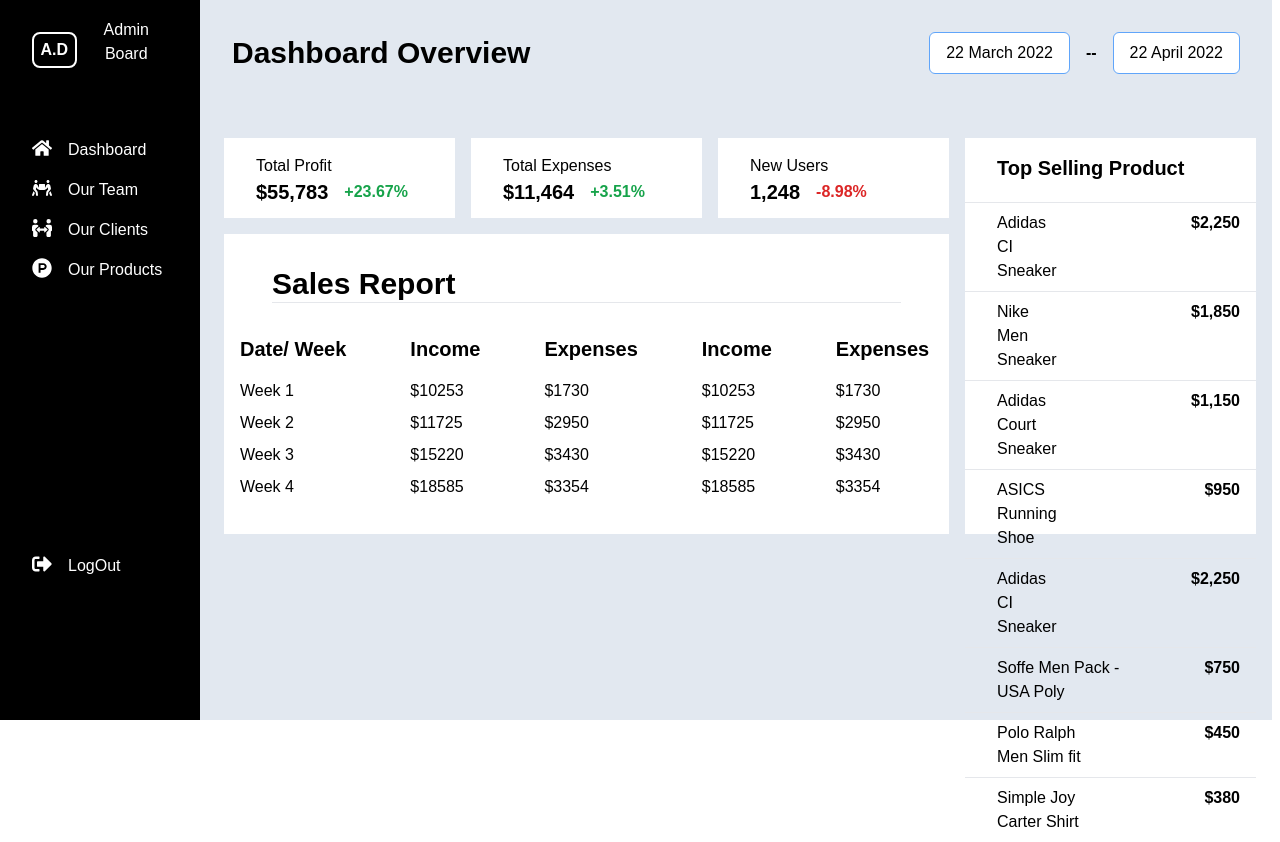
Repository: AngusOnyebuchi/Dashboard
Page: /dashboard
These files come from the project's save history. The page is drawn as it stood at one moment and after the next save; the edit follows.
The browser window is 1280 px wide. The pictures show the whole page.
The page's requests for data from a server got no answer. The project was rebuilt for these pictures with package versions that can differ from the ones it lists, and the page was loaded fresh each time. No one was signed in, and anything a server would have sent is missing. Also part of the build but not shown: src/components/Login.js, src/components/Register.js, src/components/Team.js, src/components/Clients.js, src/components/Products.js.

Above is the page before, as saved 2022-05-26 15:39:32.

### src/index.js
import React from "react";
import ReactDOM from "react-dom";
import { BrowserRouter} from "react-router-dom"
import "./style.css"
import App from "./App";

ReactDOM.render(
            <BrowserRouter>
            <App/>
            </BrowserRouter>, document.getElementById("root"))

### src/style.css
@tailwind base;
@tailwind components;
@tailwind utilities;

@layer base {
    body{
        background-color: white;
        @apply font-[Sans-serif];
    }
    li {
        @apply px-4;
        @apply cursor-pointer;
    }
}

.content-div {
    background-repeat: no-repeat;
    background-size: cover;
    background-position: center;
    height: 150px;
}

.content-div:hover {
    background-image: linear-gradient(
        to right,
        rgba(112, 157, 255, 0.8),
        hsla(242, 74%, 61%, 0.8)
    )!important;
}

### src/App.js
import React, {useState, useEffect} from 'react'
import Home from './components/Home'
import Layout from './components/Layout'
import Login from './components/Login'
import Register from './components/Register'
import Team from './components/Team'
import Clients from './components/Clients'
import Products from './components/Products'
import { Routes, Route } from "react-router-dom"

const teamsUrl = 'https://fakerapi.it/api/v1/persons?_quantity=12'
const clientsUrl = 'https://fakerapi.it/api/v1/companies?_quantity=12'
const productsUrl = 'https://fakerapi.it/api/v1/products?_quantity=12'


export default function App() {

  const [teams, setTeams] = useState([])
  const [clients, setClients] = useState([])
  const [products, setProducts] = useState([])

  const getTeam = () => {
    fetch(teamsUrl)
    .then(response => response.json())
    .then(data => {
      console.log(data.data)
      setTeams(data.data)
    })
  }

  const getClient = () => {
    fetch(clientsUrl)
    .then(response => response.json())
    .then(data => {
      console.log(data.data)
      setClients(data.data)
    })
  }

  const getProduct = () => {
    fetch(productsUrl)
    .then(response => response.json())
    .then(data => {
      console.log(data.data)
      setProducts(data.data)
    })
  }

  useEffect(()=> {
      getTeam()
  }, [])

  useEffect(()=> {
    getClient()
}, [])

useEffect(()=> {
  getProduct()
}, [])

  const teamsElement = teams && teams.length && teams.map(team => {
    return (
      <Team
              key= {team.id}
              firstname= {team.firstname}
              lastname= {team.lastname}
              email= {team.email}
              phone= {team.phone}
              gender= {team.gender}
              image= {team.image}
              />
    )
  })

  const clientsElement = clients && clients.length && clients.map(client => {
    return (
      <Clients
              key= {client.id}
              fullname= {client.name}
              email= {client.email}
              phone= {client.phone}
              gender= {client.gender}
              image= {client.image}
              />
    )
  })

  const productsElement = products && products.length && products.map(product => {
    return (
      <Products
              key= {product.id}
              name= {product.name}
              image= {product.image}
              netPrice= {product.net_price}
              taxes= {product.taxes}
              price= {product.price}
              />
    )
  })

  return (
    <div>

      <Routes>
          <Route path='/' element={<Login/>}/>

          <Route path='/dashboard' element={
          <Layout>
          <Home/>
          </Layout>
          }/>

          <Route path='/register' element={<Register/>}/>

          <Route path='/team' element={
            <Layout>
            <div className='px-8'>
              <div className='text-center p-8 text-black'>
                <h1 className='text-3xl inline border-b-4 border-pink-600'>Team Members</h1>
              </div>
              <div className='grid grid-cols-3 pb-12'>
              {teamsElement}
              </div>
            </div>
            </Layout>
          }/>

          <Route path='/clients' element={
            <Layout>
            <div className='px-8'>
            <div className='text-center p-8 text-black'>
              <h1 className='text-3xl inline border-b-4 border-pink-600'>Our Clients</h1>
            </div>
            <div className='grid grid-cols-3 pb-12'>
            {clientsElement}
            </div>
          </div>
          </Layout>
          }/>

          <Route path='/products' element={
            <Layout>
            <div className='px-8'>
            <div className='text-center p-8 text-black'>
              <h1 className='text-3xl inline border-b-4 border-pink-600'>Our Products</h1>
            </div>
            <div className='grid grid-cols-3 pb-12'>
            {productsElement}
            </div>
          </div>
          </Layout>
          }/>

      </Routes>
    </div>
  )
}

### src/components/Home.js
import React from 'react'

export default function Home() {
  return (
    <div name="dashboard" className='p-4 mx-2 h-screen bg-slate-200'>

          {/** The first part after the nav */}
      <div className='flex justify-between p-4 items-center'>
        <h1 className='font-bold text-3xl ml-48'>Dashboard Overview</h1>

        <div className='flex items-center gap-4'>
          <div className='px-4 py-2 bg-white border-[1px] rounded-md border-blue-400'>
            <p>22 March 2022</p>
            <img alt=''/>
          </div>

          <p><strong>--</strong></p>

          <div className='px-4 py-2 bg-white border-[1px] rounded-md border-blue-400'>
            <p>22 April 2022</p>
            <img alt=''/>
          </div>
        </div>

      </div>


        {/** The second part after the nav */}
        <div className='flex gap-4 mt-12'>

          <div className='ml-[200px]'>
          <div className='flex items-center gap-4'>

            <div className='h-[80px] w-[231px] bg-white py-4 px-8'>
              <p>Total Profit</p>
              <div className='flex items-center gap-4 font-bold'>
                <p className='text-xl'>$55,783</p>
                <p className='text-green-600'>+23.67%</p>
              </div>
            </div>

            <div className='h-[80px] w-[231px] bg-white py-4 px-8'>
              <p>Total Expenses</p>
              <div className='flex items-center gap-4 font-bold'>
                <p className='text-xl'>$11,464</p>
                <p className='text-green-600'>+3.51%</p>
              </div>
            </div>

            <div className='h-[80px] w-[231px] bg-white py-4 px-8'>
              <p>New Users</p>
              <div className='flex items-center gap-4 font-bold'>
                <p className='text-xl'>1,248</p>
                <p className='text-red-600'>-8.98%</p>
              </div>
            </div>

          </div>

          <div className='h-[300px] w-[725px] bg-white mt-4'>

            <div className='text-3xl px-12 py-8'>
              <p className='font-bold'>Sales Report</p>
              <hr/>
            </div>

            <div className='flex items-center px-4 gap-16'>
              <div>
                <p className='text-xl font-bold mb-4'>Date/ Week</p>
                <p className='mb-2'>Week 1</p>
                <p className='mb-2'>Week 2</p>
                <p className='mb-2'>Week 3</p>
                <p className='mb-2'>Week 4</p>
              </div>
              <div>
                <p className='text-xl font-bold mb-4'>Income</p>
                <p className='mb-2'>$10253</p>
                <p className='mb-2'>$11725</p>
                <p className='mb-2'>$15220</p>
                <p className='mb-2'>$18585</p>
              </div>
              <div>
                <p className='text-xl font-bold mb-4'>Expenses</p>
                <p className='mb-2'>$1730</p>
                <p className='mb-2'>$2950</p>
                <p className='mb-2'>$3430</p>
                <p className='mb-2'>$3354</p>
              </div>
              <div>
                <p className='text-xl font-bold mb-4'>Income</p>
                <p className='mb-2'>$10253</p>
                <p className='mb-2'>$11725</p>
                <p className='mb-2'>$15220</p>
                <p className='mb-2'>$18585</p>
              </div>
              <div>
                <p className='text-xl font-bold mb-4'>Expenses</p>
                <p className='mb-2'>$1730</p>
                <p className='mb-2'>$2950</p>
                <p className='mb-2'>$3430</p>
                <p className='mb-2'>$3354</p>
              </div>

            </div>
          </div>

          </div>

          <div className='bg-white h-[396px] w-[382px] py-4'>
            <p className='font-bold text-xl pl-8 pb-5'>Top Selling Product</p>
            <hr/>
            <div className='flex gap-4 px-4 py-2'>
              <img alt='' src=''/>
              <p>Adidas CI Sneaker</p>
              <p className='font-bold ml-28'>$2,250</p>
            </div>
            <hr/>

            <div className='flex gap-4 px-4 py-2'>
              <img alt='' src=''/>
              <p>Nike Men Sneaker</p>
              <p className='font-bold ml-28'>$1,850</p>
            </div>
            <hr/>

            <div className='flex gap-4 px-4 py-2'>
              <img alt='' src=''/>
              <p>Adidas Court Sneaker</p>
              <p className='font-bold ml-[88px]'>$1,150</p>
            </div>
            <hr/>

            <div className='flex gap-4 px-4 py-2'>
              <img alt='' src=''/>
              <p>ASICS Running Shoe</p>
              <p className='font-bold ml-24'>$950</p>
            </div>
            <hr/>

            <div className='flex gap-4 px-4 py-2'>
              <img alt='' src=''/>
              <p>Adidas CI Sneaker</p>
              <p className='font-bold ml-28'>$2,250</p>
            </div>
            <hr/>

            <div className='flex gap-4 px-4 py-2'>
              <img alt='' src=''/>
              <p>Soffe Men Pack - USA Poly</p>
              <p className='font-bold ml-14'>$750</p>
            </div>
            <hr/>

            <div className='flex gap-4 px-4 py-2'>
              <img alt='' src=''/>
              <p>Polo Ralph Men Slim fit</p>
              <p className='font-bold ml-20'>$450</p>
            </div>
            <hr/>

            <div className='flex gap-4 px-4 py-2'>
              <img alt='' src=''/>
              <p>Simple Joy Carter Shirt</p>
              <p className='font-bold ml-20'>$380</p>
            </div>

          </div>

        </div>

    </div>
  )
}

### src/components/Layout.js
import React from 'react'
import NavBar from './NavBar'

export default function Layout({ children }) {
  return (
    <div>
        <NavBar />
        <div>{children}</div>
    </div>
  )
}

### src/components/NavBar.js
import React from 'react'
import { NavLink } from 'react-router-dom'
import { FaHome, FaPeopleCarry, FaPeopleArrows, FaProductHunt, FaSignOutAlt } from 'react-icons/fa'

export default function NavBar() {
  return (
    <div className=' fixed w-[200px] h-screen px-8 py-4 text-white bg-black'>
        <div className='flex gap-2 items-center text-center'>
            <h1 className='p-1 mt-4 w-12 border-2 border-white rounded-lg text-center text-white'><strong>A.D</strong></h1>
            <h1 className='text-center'>Admin Board</h1>
        </div>

        <div>
        <div className='mt-[70px]'>
                <NavLink to='/dashboard'>
                  <div className='flex gap-4 text-center'>
                    <FaHome size={20}/>
                    <p className='cursor-pointer mb-4'>Dashboard</p>
                  </div>
                </NavLink>
                <NavLink to='/team'>
                  <div className='flex gap-4 text-center'>
                    <FaPeopleCarry size={20}/>
                    <p className='cursor-pointer mb-4'>Our Team</p>
                  </div>
                </NavLink>
                <NavLink to='/clients'>
                  <div className='flex gap-4 text-center'>
                    <FaPeopleArrows size={20}/>
                    <p className='cursor-pointer mb-4'>Our Clients</p>
                  </div>
                </NavLink>
                <NavLink to='/products'>
                  <div className='flex gap-4 text-center'>
                    <FaProductHunt size={20}/>
                    <p className='cursor-pointer mb-[272px]'>Our Products</p>
                  </div>
                </NavLink>
                <NavLink to='/'>
                  <div className='flex gap-4 text-center'>
                    <FaSignOutAlt size={20}/>
                    <p className='cursor-pointer mb-4'>LogOut</p>
                  </div>
                </NavLink>
            </div>
        </div>
    </div>
  )
}

Loaded but not shown: public/index.html (common file); tailwind.config.js (common file)

After the next save:
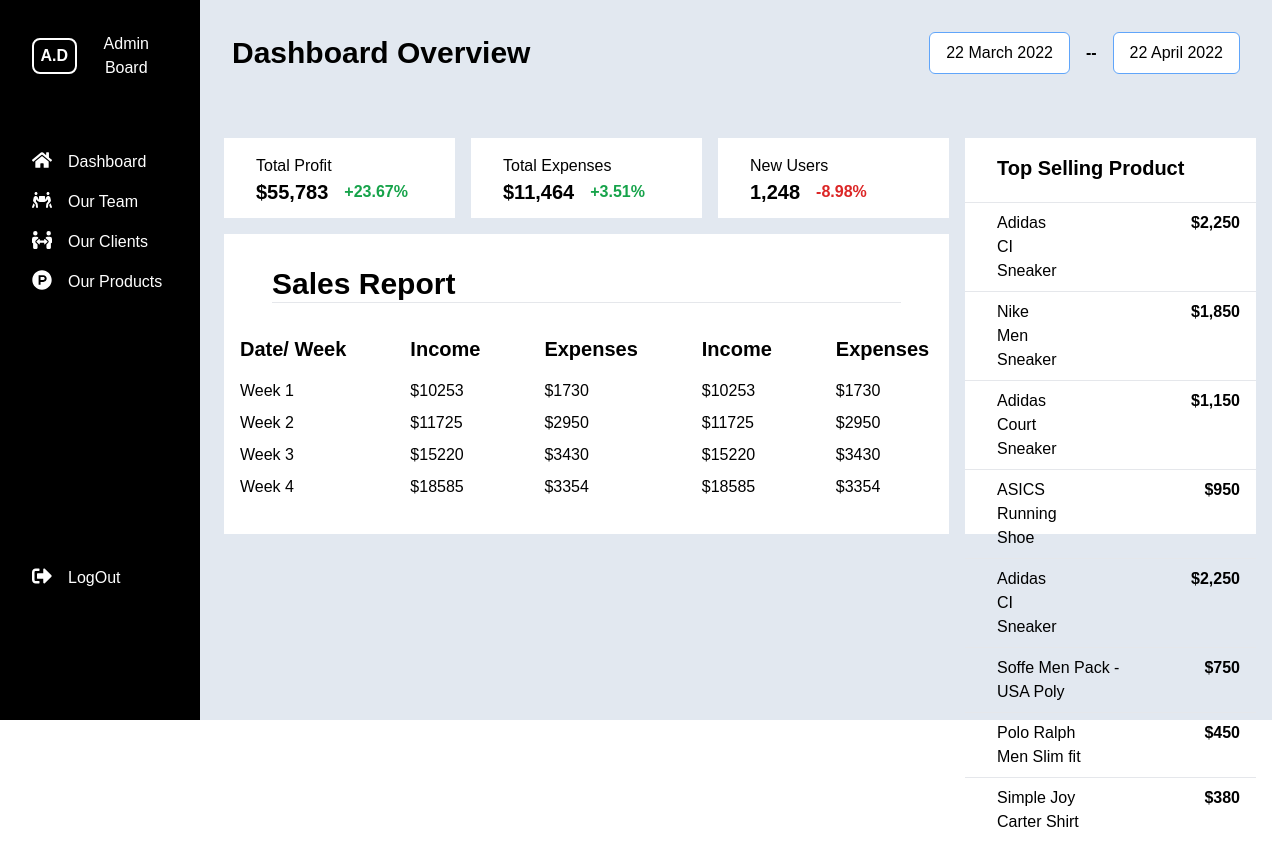
Saved 17 s later.
--- a/src/components/NavBar.js
+++ b/src/components/NavBar.js
@@ -7,7 +7,7 @@ export default function NavBar() {
     <div className=' fixed w-[200px] h-screen px-8 py-4 text-white bg-black'>
         <div className='flex gap-2 items-center text-center'>
             <h1 className='p-1 mt-4 w-12 border-2 border-white rounded-lg text-center text-white'><strong>A.D</strong></h1>
-            <h1 className='text-center'>Admin Board</h1>
+            <h1 className='text-center mt-4'>Admin Board</h1>
         </div>
 
         <div>
